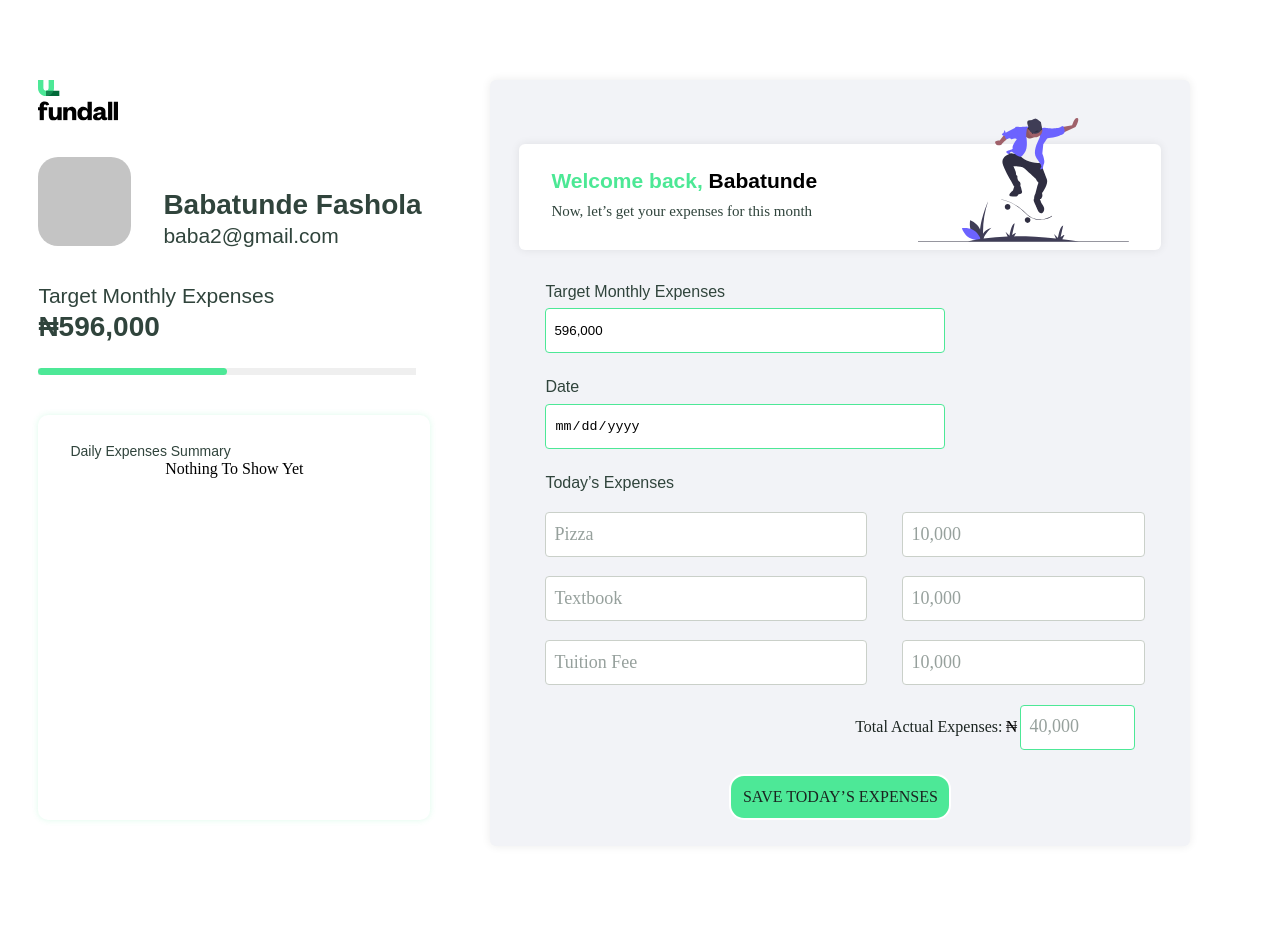
Repository: nilesjamex/niffty
Page: /dashboard
The author's editor kept a copy of each file at every save. The page is drawn from the files as they stood at one save, then again after the next save.
The browser window is 1280 px wide. The pictures show the whole page.
The project was rebuilt for these pictures with package versions that can differ from the ones it lists, and the page was loaded fresh each time. Also part of the build but not shown: src/components/Nav.vue, src/views/Home.vue, src/views/SignUp.vue, src/views/Login.vue.

Above is the page before, as saved 2022-04-17 11:06:02.

After the next save:
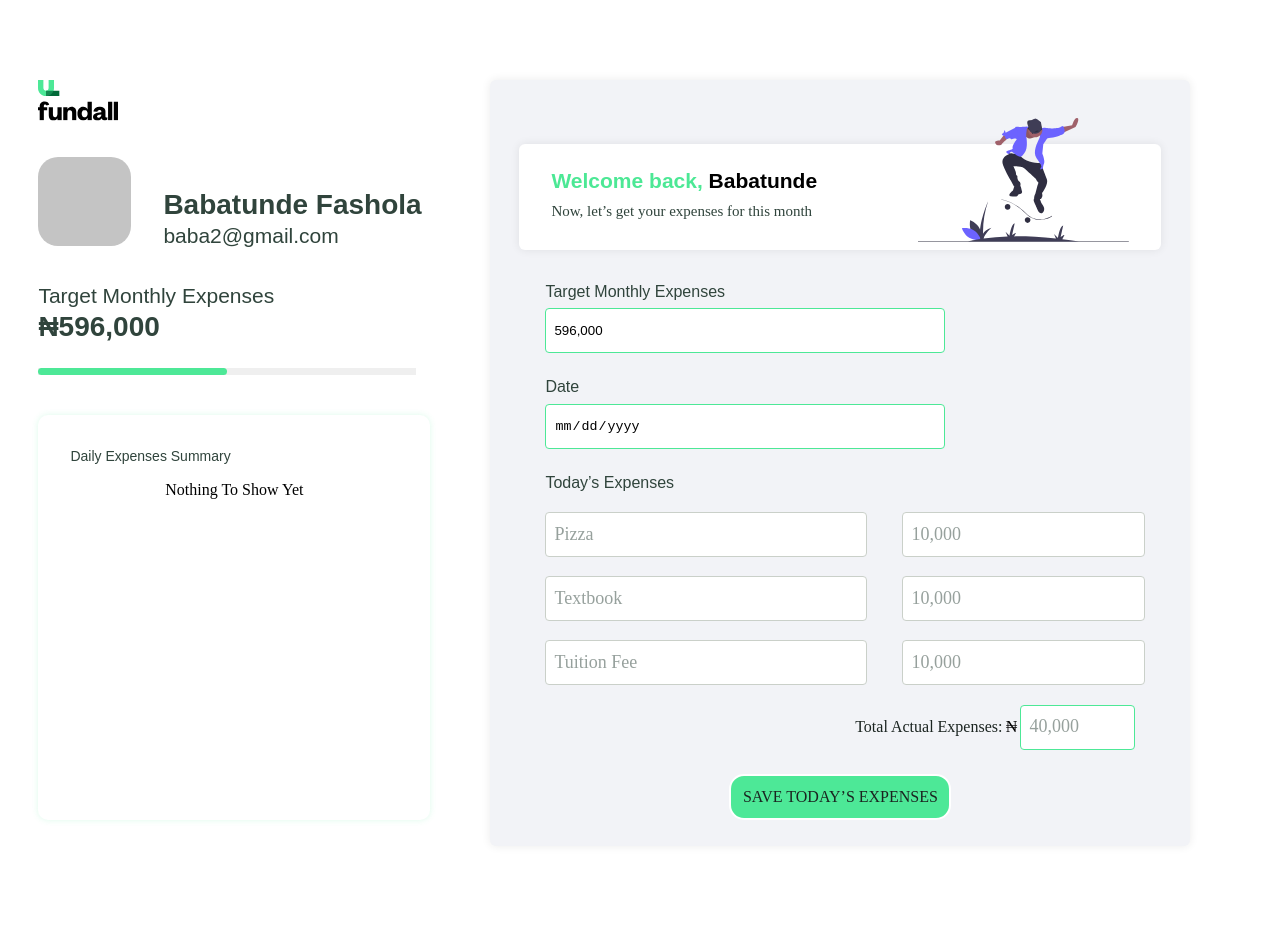
Saved 68 s later.
--- a/src/views/Dashboard.vue
+++ b/src/views/Dashboard.vue
@@ -202,7 +202,7 @@ export default {
   padding: 1rem 2rem;
   p {
     text-align: left;
-    margin-top: 0.7rem;
+    margin: 1rem 0;
     @include expense {
 
     }
